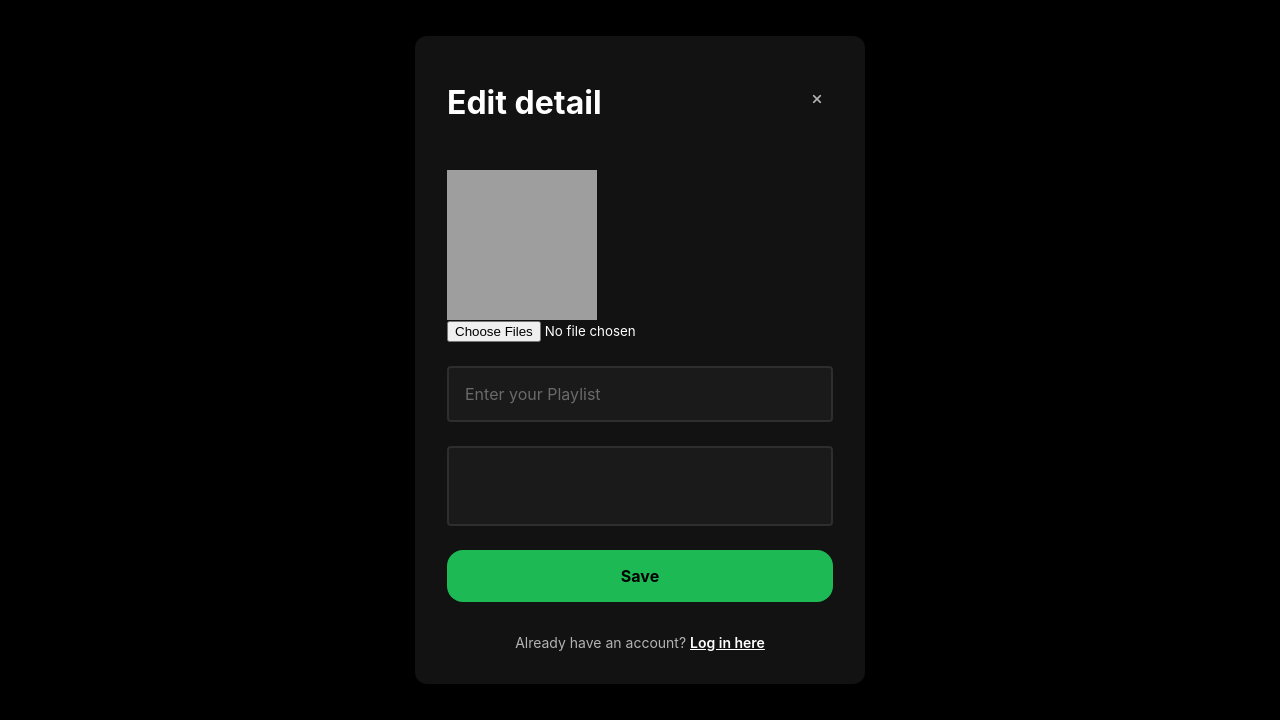
Repository: lannguyen1301/f8-zoom-module2
Page: nhap.html
These files come from the project's save history. The page is drawn as it stood at one moment and after the next save; the edit follows.
The browser window is 1280 px wide. The pictures show the whole page.
Pictures or frames that could not be fetched are drawn as grey boxes. An inner scrolling area shows only its first screen.

Above is the page before, as saved 2025-08-15 23:12:16.

### nhap.html
<!DOCTYPE html>
<html lang="en">

<head>
    <meta charset="UTF-8" />
    <meta name="viewport" content="width=device-width, initial-scale=1.0" />
    <title>Đen - Spotify</title>
    <!-- Font Awesome CDN -->
    <link rel="stylesheet" href="https://cdnjs.cloudflare.com/ajax/libs/font-awesome/6.5.1/css/all.min.css" />
    <link rel="stylesheet" href="css/reset.css" />
    <link rel="stylesheet" href="css/variables.css" />
    <link rel="stylesheet" href="css/components.css" />
    <link rel="stylesheet" href="css/layout.css" />
    <link rel="stylesheet" href="css/tooltips.css" />
    <link rel="stylesheet" href="css/responsive.css" />
    <style>
        .header-edit {
            display: flex;
            align-items: center;
            justify-content: space-between;
            margin-bottom: 48px;
            position: relative;
        }

        .modal-heading.header-edit-title {
            margin-bottom: 0;
        }

        .modal-close.modal-close-edit {
            position: absolute;
            top: 0;
            right: 0;


        }

        .profile-group {
            display: block;
            width: 150px;
            height: 150px;
            border-radius: 50%;
        }

        .profile-group .profile-img {
            display: block;
            width: 100%;
            height: 100%;
            object-fit: cover;
        }

        .form-group .editor {
            height: auto;
            min-height: 80px;
            width: 100%;
            padding: var(--spacing-md);
            border: 2px solid var(--border-color);
            border-radius: var(--radius-sm);
            background-color: var(--bg-tertiary);
            color: var(--text-primary);
            font-size: 16px;
        }

        .editor::placeholder {
            color: var(--text-muted);
        }
    </style>
</head>

<body>
    <div class="modal-overlay show" id="authModal">
        <div class="modal-container">


            <div class="modal-content">
                <!-- <div class="modal-logo">
                    <i class="fab fa-spotify"></i>
                </div> -->

                <!-- Sign Up Form -->
                <div class="auth-form" id="signupForm" style="display: block;">
                    <div class="header-edit">
                        <h1 class="modal-heading header-edit-title">
                            Edit detail
                        </h1>
                        <button class="modal-close modal-close-edit" id="modalClose">
                            <i class="fas fa-times"></i>
                        </button>
                    </div>
                    <form class="auth-form-content">
                        <!-- Avatar -->
                        <div class="form-group">
                            <label for="profile" class="profile-group">
                                <img src="./assets/img/avatar-icon.png" alt="" class="profile-img">
                            </label>
                            <input type="file" name="profile" id="profile" class="input-profile" multiple required
                                accept="image/*" autofocus readonly>
                        </div>

                        <!-- My Playlist -->
                        <div class="form-group">
                            <!-- <label for="name">Display Name</label> -->
                            <input type="text" name="name" id="name" class="form-input" maxlength="20" minlength="5"
                                pattern="[" size="30" placeholder="Enter your Playlist" autocomplete="on"
                                spellcheck="false" autofocus="">
                        </div>

                        <!-- textarea -->
                        <div class="form-group">
                            <label for="editor" onclick="editor.focus()" hidden>Nội dung</label>
                            <div id="editor" class="editor" contenteditable="" placeholder="Nhập nội dung..."
                                name="content" oninput="content.innerHTML = this.innerHTML"></div>
                            <textarea id="content" name="content" hidden=""></textarea>
                        </div>

                        <button type="submit" class="auth-submit-btn">
                            Save
                        </button>
                    </form>

                    <div class="auth-switch">
                        <span>Already have an account? </span>
                        <button class="auth-link" id="showLogin">
                            Log in here
                        </button>
                    </div>
                </div>

                <!-- Login Form -->
                <div class="auth-form" id="loginForm" style="display: none">
                    <h1 class="modal-heading">Log in to Spotify</h1>

                    <form class="auth-form-content">
                        <div class="form-group">
                            <input type="email" placeholder="Email address" class="form-input" id="loginEmail">
                            <div class="error-message">
                                <i class="fas fa-info-circle"></i>
                                <span>Please enter a valid email
                                    address</span>
                            </div>
                        </div>

                        <div class="form-group">
                            <input type="password" placeholder="Password" class="form-input" id="loginPassword">
                            <div class="error-message">
                                <i class="fas fa-info-circle"></i>
                                <span>Please enter your password</span>
                            </div>
                        </div>

                        <button type="submit" class="auth-submit-btn">
                            Log In
                        </button>
                    </form>

                    <div class="auth-switch">
                        <span>Don't have an account? </span>
                        <button class="auth-link" id="showSignup">
                            Sign up here
                        </button>
                    </div>
                </div>
            </div>
        </div>
    </div>
    <!-- <script src="main.js" type="module"></script> -->
    <!-- <script src="main.js" type="module"></script> -->
</body>

</html>

### css/reset.css
/* Reset CSS */
* {
    margin: 0;
    padding: 0;
    box-sizing: border-box;
}

html,
body {
    height: 100%;
    font-family: "Circular", -apple-system, BlinkMacSystemFont, "Segoe UI",
        Roboto, Oxygen, Ubuntu, Cantarell, sans-serif;
    background-color: var(--bg-primary);
    color: var(--text-primary);
    overflow: hidden;
}

button {
    border: none;
    background: none;
    cursor: pointer;
    font-family: inherit;
}

input {
    border: none;
    outline: none;
    font-family: inherit;
}

img {
    display: block;
    max-width: 100%;
    height: auto;
}

a {
    text-decoration: none;
    color: inherit;
}

ul,
ol {
    list-style: none;
}

/* Font Awesome icon base styles */
i {
    display: inline-block;
    font-style: normal;
}

### css/variables.css
/* CSS Variables */
:root {
    /* Colors */
    --bg-primary: #000000;
    --bg-secondary: #121212;
    --bg-tertiary: #1a1a1a;
    --bg-hover: #1f1f1f;
    --bg-active: #2a2a2a;

    --text-primary: #ffffff;
    --text-secondary: #b3b3b3;
    --text-muted: #6a6a6a;

    --accent-primary: #1db954;
    --accent-hover: #1ed760;
    --accent-active: #169c46;

    --border-color: #2e2e2e;
    --shadow: rgba(0, 0, 0, 0.5);

    /* Spacing */
    --spacing-xs: 4px;
    --spacing-sm: 8px;
    --spacing-md: 16px;
    --spacing-lg: 24px;
    --spacing-xl: 32px;
    --spacing-2xl: 48px;

    /* Border radius */
    --radius-sm: 4px;
    --radius-md: 8px;
    --radius-lg: 12px;
    --radius-xl: 16px;
    --radius-full: 50%;

    /* Transitions */
    --transition-fast: 0.15s ease;
    --transition-normal: 0.3s ease;
    --transition-slow: 0.5s ease;

    /* Z-index */
    --z-sidebar: 10;
    --z-header: 20;
    --z-player: 30;
    --z-modal: 40;
    --z-tooltip: 50;
}

### css/layout.css
/* Layout Styles */

.app-container {
    display: grid;
    grid-template-areas:
        "sidebar main"
        "player player";
    grid-template-columns: 280px 1fr;
    grid-template-rows: 1fr 72px;
    height: 100vh;
    gap: var(--spacing-sm);
    padding: var(--spacing-sm);
    background-color: var(--bg-primary);
}

/* Sidebar */
.sidebar {
    grid-area: sidebar;
    background-color: var(--bg-secondary);
    border-radius: var(--radius-md);
    padding: var(--spacing-lg);
    overflow-y: auto;
    z-index: var(--z-sidebar);
}

.sidebar-header {
    margin-bottom: var(--spacing-xl);
}

.logo i {
    font-size: 32px;
    color: var(--text-primary);
}

.sidebar-nav {
    display: flex;
    flex-direction: column;
    gap: var(--spacing-md);
}

.nav-section {
    display: flex;
    align-items: center;
    justify-content: space-between;
    margin-bottom: var(--spacing-md);
}

.nav-section .section-title {
    font-size: 16px;
    font-weight: 700;
    color: var(--text-secondary);
}

.nav-tabs {
    display: flex;
    gap: var(--spacing-sm);
    margin-bottom: var(--spacing-md);
}

.library-content {
    display: flex;
    flex-direction: column;
    gap: var(--spacing-xs);
}

/* Main Content */
.main-content {
    grid-area: main;
    background: linear-gradient(
        to bottom,
        #535353 0%,
        var(--bg-secondary) 250px
    );
    border-radius: var(--radius-md);
    display: flex;
    flex-direction: column;
    overflow: hidden;
}

.main-header {
    display: flex;
    align-items: center;
    justify-content: space-between;
    padding: var(--spacing-md) var(--spacing-lg);
    background-color: transparent;
    z-index: var(--z-header);
}

.search-container {
    flex: 1;
    display: flex;
    justify-content: flex-start;
    max-width: 420px;
}

.header-actions {
    display: flex;
    align-items: center;
    gap: var(--spacing-lg);
}

.auth-buttons {
    display: none;
    align-items: center;
    gap: var(--spacing-md);
}

.auth-buttons.show {
    display: flex;
}

.user-info {
    display: flex;
    align-items: center;
    /* justify-content: center; */
    gap: 8px;
}

.user-info.show {
    display: flex;
}

.content-wrapper {
    flex: 1;
    padding: 0 var(--spacing-lg) var(--spacing-lg);
    overflow-y: auto;
}

/* Player */
.player {
    grid-area: player;
    background-color: var(--bg-secondary);
    border-radius: var(--radius-md);
    padding: var(--spacing-md) var(--spacing-lg);
    display: flex;
    align-items: center;
    justify-content: space-between;
    z-index: var(--z-player);
    border-top: 1px solid var(--border-color);
}

.player-left {
    display: flex;
    align-items: center;
    gap: var(--spacing-md);
    min-width: 0;
    flex: 1;
    max-width: 300px;
}

.player-image {
    width: 56px;
    height: 56px;
    border-radius: var(--radius-sm);
    object-fit: cover;
}

.player-info {
    min-width: 0;
    flex: 1;
}

.player-title {
    font-size: 14px;
    font-weight: 400;
    color: var(--text-primary);
    white-space: nowrap;
    overflow: hidden;
    text-overflow: ellipsis;
    margin-bottom: 2px;
}

.player-artist {
    font-size: 11px;
    color: var(--text-secondary);
    white-space: nowrap;
    overflow: hidden;
    text-overflow: ellipsis;
}

.player-center {
    display: flex;
    flex-direction: column;
    align-items: center;
    gap: var(--spacing-sm);
    flex: 2;
    max-width: 722px;
}

.player-controls {
    display: flex;
    align-items: center;
    gap: var(--spacing-md);
}

.progress-container {
    display: flex;
    align-items: center;
    gap: var(--spacing-md);
    width: 100%;
}

.progress-bar {
    flex: 1;
}

.time {
    font-size: 11px;
    color: var(--text-secondary);
    min-width: 40px;
    text-align: center;
    font-weight: 400;
}

.player-right {
    display: flex;
    align-items: center;
    gap: var(--spacing-md);
    flex: 1;
    justify-content: flex-end;
    max-width: 300px;
}

.volume-container {
    display: flex;
    align-items: center;
    gap: var(--spacing-sm);
}

.volume-bar {
    width: 93px;
}

/* Scrollbar styling */
::-webkit-scrollbar {
    width: 12px;
}

::-webkit-scrollbar-track {
    background: transparent;
}

::-webkit-scrollbar-thumb {
    background: var(--bg-tertiary);
    border-radius: 6px;
    border: 2px solid transparent;
    background-clip: content-box;
}

::-webkit-scrollbar-thumb:hover {
    background: var(--bg-hover);
    background-clip: content-box;
}

### css/tooltips.css
.control-btn .tooltiptext {
    visibility: hidden;
    width: 120px;
    background-color: #555;
    color: #fff;
    text-align: center;
    border-radius: 6px;
    padding: 5px 0;
    position: absolute;
    z-index: 1;
    bottom: 125%;
    left: 50%;
    margin-left: -60px;
    opacity: 0;
    transition: opacity 0.3s;
}

.control-btn .tooltiptext::after {
    content: "";
    position: absolute;
    top: 100%;
    left: 50%;
    margin-left: -5px;
    border-width: 5px;
    border-style: solid;
    border-color: #555 transparent transparent transparent;
}

.control-btn:hover .tooltiptext {
    visibility: visible;
    opacity: 1;
}

### css/responsive.css
/* Responsive Styles */

/* Large Desktop */
@media (min-width: 1200px) {
    .artist-name {
        font-size: 96px;
    }

    .track-item {
        grid-template-columns: 16px 40px 4fr 1fr auto auto auto;
    }
}

/* Desktop */
@media (max-width: 1199px) and (min-width: 1024px) {
    .artist-name {
        font-size: 72px;
    }

    .track-item {
        grid-template-columns: 16px 40px 3fr 1fr auto auto auto;
    }
}

/* Tablet */
@media (max-width: 1023px) and (min-width: 768px) {
    .app-container {
        grid-template-columns: 240px 1fr;
    }

    .sidebar {
        padding: var(--spacing-md);
    }

    .artist-name {
        font-size: 48px;
    }

    .artist-hero {
        height: 280px;
    }

    .hero-content {
        bottom: var(--spacing-md);
        left: var(--spacing-md);
    }

    .track-item {
        grid-template-columns: 16px 40px 2fr auto auto auto;
        gap: var(--spacing-sm);
    }

    .track-plays {
        display: none;
    }

    .player-center {
        flex: 1.5;
    }

    .search-container {
        max-width: 300px;
    }
}

/* Mobile */
@media (max-width: 767px) {
    .app-container {
        grid-template-areas:
            "main"
            "player";
        grid-template-columns: 1fr;
        grid-template-rows: 1fr 72px;
        gap: 0;
        padding: 0;
    }

    .sidebar {
        display: none;
    }

    .main-content {
        border-radius: 0;
    }

    .main-header {
        padding: var(--spacing-md);
        flex-wrap: wrap;
        gap: var(--spacing-md);
    }

    .header-left {
        order: 1;
        flex: 0 0 auto;
    }

    .search-container {
        order: 3;
        flex: 1 1 100%;
        max-width: none;
    }

    .search-box {
        width: 100%;
    }

    .search-input {
        min-width: auto;
    }

    .artist-hero {
        height: 200px;
        margin: 0 -16px var(--spacing-md) -16px;
    }

    .hero-content {
        bottom: var(--spacing-sm);
        left: var(--spacing-sm);
    }

    .artist-name {
        font-size: 32px;
    }

    .monthly-listeners {
        font-size: 14px;
    }

    .content-wrapper {
        padding: 0 var(--spacing-md) var(--spacing-md);
    }

    .artist-controls {
        gap: var(--spacing-md);
        margin-bottom: var(--spacing-lg);
    }

    .play-btn-large {
        width: 48px;
        height: 48px;
    }

    .play-btn-large i {
        font-size: 20px;
    }

    .player-left {
        display: none;
    }

    .track-item {
        grid-template-columns: 16px 40px 1fr auto auto;
        gap: var(--spacing-sm);
        padding: var(--spacing-sm);
    }

    .track-plays {
        display: none;
    }

    .track-menu-btn {
        display: none;
    }

    .section-title {
        font-size: 20px;
    }

    .player {
        border-radius: 0;
        padding: var(--spacing-md);
        border-top: 1px solid var(--border-color);
    }

    .player-left {
        flex: 0 0 auto;
        min-width: 120px;
        max-width: 150px;
    }

    .player-image {
        width: 48px;
        height: 48px;
    }

    .player-info {
        max-width: 100px;
    }

    .player-title {
        font-size: 12px;
    }

    .player-artist {
        font-size: 10px;
    }

    .player-center {
        flex: 1;
        max-width: none;
    }

    .player-controls {
        gap: var(--spacing-sm);
    }

    .control-btn {
        width: 28px;
        height: 28px;
    }

    .control-btn i {
        font-size: 14px;
    }

    .play-btn {
        width: 32px;
        height: 32px;
    }

    .play-btn i {
        font-size: 14px;
    }

    .player-right {
        flex: 0 0 auto;
        gap: var(--spacing-sm);
        max-width: 120px;
    }

    .volume-container {
        display: none;
    }

    .progress-container {
        gap: var(--spacing-sm);
    }

    .time {
        font-size: 10px;
        min-width: 32px;
    }

    .pip-btn {
        display: none;
    }
}

/* Small Mobile */
@media (max-width: 480px) {
    .artist-name {
        font-size: 28px;
    }

    .verified-badge {
        font-size: 12px;
    }

    .verified-badge i {
        font-size: 14px;
    }

    .track-item {
        grid-template-columns: 16px 32px 1fr auto;
        gap: var(--spacing-xs);
    }

    .track-image img {
        width: 32px;
        height: 32px;
    }

    .track-name {
        font-size: 14px;
    }

    .track-duration {
        font-size: 12px;
    }

    .like-btn {
        display: none;
    }

    .player-left {
        min-width: 100px;
        max-width: 120px;
    }

    .player-info {
        max-width: 80px;
    }

    .player-right .control-btn:not(:nth-child(2)) {
        display: none;
    }

    .following-btn {
        font-size: 12px;
        padding: var(--spacing-xs) var(--spacing-sm);
    }
}

/* Hover states for touch devices */
@media (hover: none) {
    .like-btn,
    .track-menu-btn {
        opacity: 1;
    }

    .progress-handle,
    .volume-handle {
        opacity: 1;
    }
}

/* High DPI displays */
@media (-webkit-min-device-pixel-ratio: 2), (min-resolution: 192dpi) {
    .hero-image {
        image-rendering: -webkit-optimize-contrast;
        image-rendering: crisp-edges;
    }
}

/* Reduced motion */
@media (prefers-reduced-motion: reduce) {
    * {
        animation-duration: 0.01ms !important;
        animation-iteration-count: 1 !important;
        transition-duration: 0.01ms !important;
    }
}

/* Print styles */
@media print {
    .app-container {
        display: block;
    }

    .sidebar,
    .player {
        display: none;
    }

    .main-content {
        border-radius: 0;
        background: white;
        color: black;
    }

    .hero-overlay {
        display: none;
    }
}

Loaded but not shown: css/components.css (1104 lines, source omitted)

After the next save:
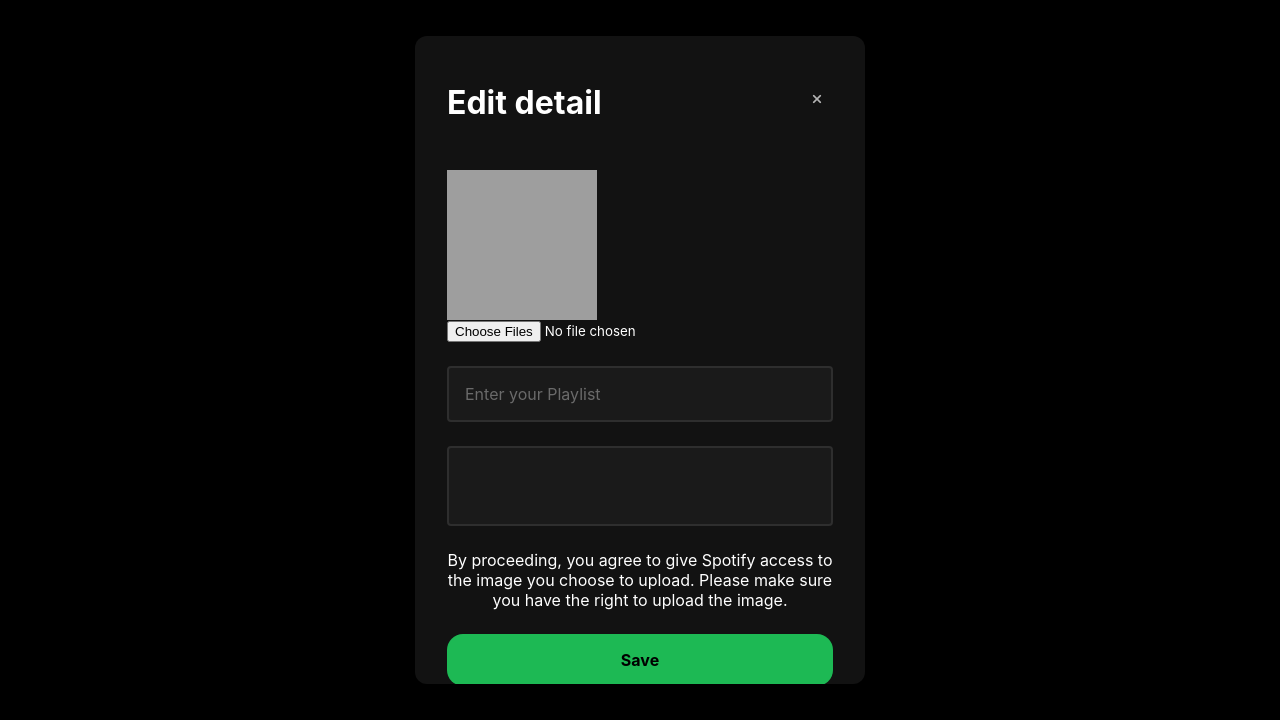
Saved 3 min 3 s later.
--- a/nhap.html
+++ b/nhap.html
@@ -112,6 +112,8 @@
                             <textarea id="content" name="content" hidden=""></textarea>
                         </div>
 
+                        <p>By proceeding, you agree to give Spotify access to the image you choose to upload. Please
+                            make sure you have the right to upload the image.</p>
                         <button type="submit" class="auth-submit-btn">
                             Save
                         </button>
